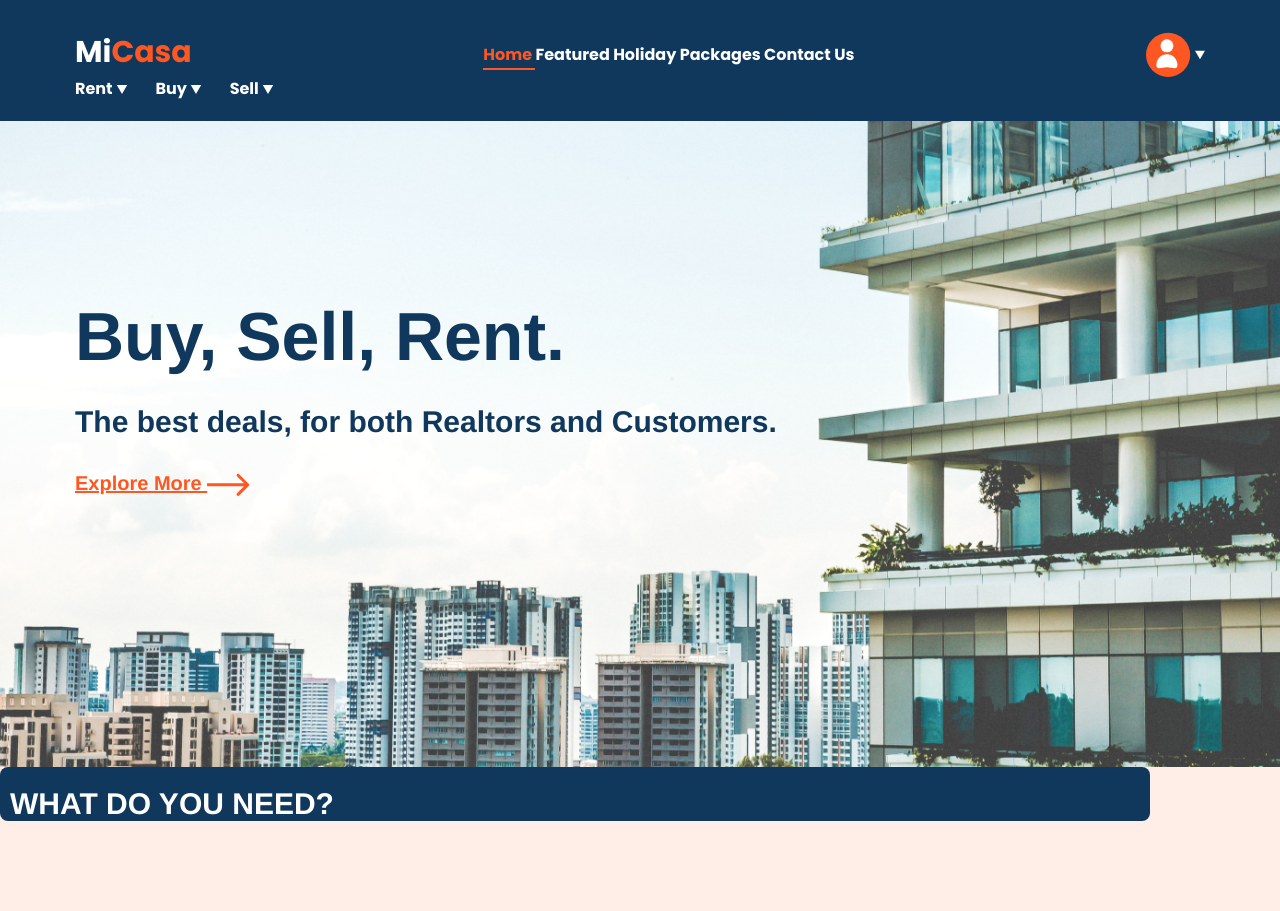
Repository: BenUnyolo/micasa-frontend
Page: index.html
These files come from the project's save history. The page is drawn as it stood at one moment and after the next save; the edit follows.
The browser window is 1280 px wide. The pictures show the whole page.

Above is the page before, as saved 2021-10-15 20:54:34.

### index.html
<!DOCTYPE html>
<html lang="en">
  <head>
    <meta charset="UTF-8" />
    <meta http-equiv="X-UA-Compatible" content="IE=edge" />
    <meta name="viewport" content="width=device-width, initial-scale=1.0" />
    <title>Document</title>
    <link rel="stylesheet" href="tailwind.css" />
  </head>
  <body>
    <!-- HEADER -->
    <header class="pt-8 pb-5 text-white bg-primary-600">
      <div class="inner-container">
        <!-- top row -->
        <div class="flex flex-row justify-between">
          <a
            href="/"
            class="inline-block text-3xl font-bold leading-10 font-poppins"
          >
            Mi<span class="text-secondary-600">Casa</span>
          </a>
          <nav class="flex items-center inline-block">
            <ul class="font-bold li-inline space-x-14 font-poppins">
              <li
                class="
                  text-secondary-600
                  border-b-2
                  pb-0.5
                  border-secondary-600
                "
              >
                <a href="/">Home</a>
              </li>
              <li><a href="#">Featured</a></li>
              <li><a href="#">Holiday Packages</a></li>
              <li><a href="#">Contact Us</a></li>
            </ul>
          </nav>
          <div class="flex flex-row items-center">
            <img src="assets/images/user_avatar.svg" alt="user avatar" />
            <svg
              width="14"
              height="12"
              viewBox="0 0 14 12"
              fill="none"
              xmlns="http://www.w3.org/2000/svg"
              class="pl-1"
            >
              <title>profile dropdown</title>
              <path d="M7 12L0.0717964 0H13.9282L7 12Z" fill="white" />
            </svg>
          </div>
        </div>
        <!-- bottom row -->
        <div>
          <ul class="space-x-6 font-bold li-inline font-poppins">
            <li>
              Rent
              <svg
                width="12"
                height="9"
                viewBox="0 0 12 9"
                fill="none"
                xmlns="http://www.w3.org/2000/svg"
                class="inline-block"
              >
                <path d="M6 9L0.803848 0H11.1962L6 9Z" fill="white" />
              </svg>
            </li>
            <li>
              Buy
              <svg
                width="12"
                height="9"
                viewBox="0 0 12 9"
                fill="none"
                xmlns="http://www.w3.org/2000/svg"
                class="inline-block"
              >
                <path d="M6 9L0.803848 0H11.1962L6 9Z" fill="white" />
              </svg>
            </li>
            <li>
              Sell
              <svg
                width="12"
                height="9"
                viewBox="0 0 12 9"
                fill="none"
                xmlns="http://www.w3.org/2000/svg"
                class="inline-block"
              >
                <path d="M6 9L0.803848 0H11.1962L6 9Z" fill="white" />
              </svg>
            </li>
          </ul>
        </div>
      </div>
    </header>
    <!-- HERO -->
    <div class="hero">
      <div class="flex inner-container">
        <div class="w-6/12">
          <h1 class="text-primary-600">Buy, Sell, Rent.</h1>
          <h2 class="mt-7.5 text-primary-600">
            The best deals, for both Realtors and Customers.
          </h2>
          <a
            href="#"
            class="
              inline-block
              mt-7.5
              text-secondary-600
              font-helvetica font-bold
              text-xl
              underline
            "
            >Explore More
            <svg
              width="43"
              height="23"
              viewBox="0 0 43 23"
              fill="none"
              xmlns="http://www.w3.org/2000/svg"
              class="inline-block"
            >
              <path
                d="M41.6936 12.9142C42.2794 12.3284 42.2794 11.3786 41.6936 10.7929L32.1477 1.24691C31.5619 0.661127 30.6122 0.661127 30.0264 1.24691C29.4406 1.8327 29.4406 2.78245 30.0264 3.36823L38.5117 11.8535L30.0264 20.3388C29.4406 20.9246 29.4406 21.8743 30.0264 22.4601C30.6122 23.0459 31.5619 23.0459 32.1477 22.4601L41.6936 12.9142ZM0.0714722 13.3535H40.633V10.3535H0.0714722V13.3535Z"
                fill="#FF5722"
              />
            </svg>
          </a>
        </div>
      </div>
    </div>
    <!-- SEARCH -->
    <div class="relative">
      <div
        class="absolute w-full pt-5 text-white rounded-lg  px-28 bg-primary-600 absolute-center inner-container -top-32"
      >
        <h2 class="uppercase">What do you need?</h2>
      </div>
      <div class="bg-secondary-600 bg-opacity-10 pt-28">
        <div class="inner-container">
          something
          <br />
          <br />
          <br />
          <br />
          <br />
          <br />
        </div>
      </div>
    </div>
  </body>
</html>

Loaded but not shown: tailwind.css (library)

After the next save:
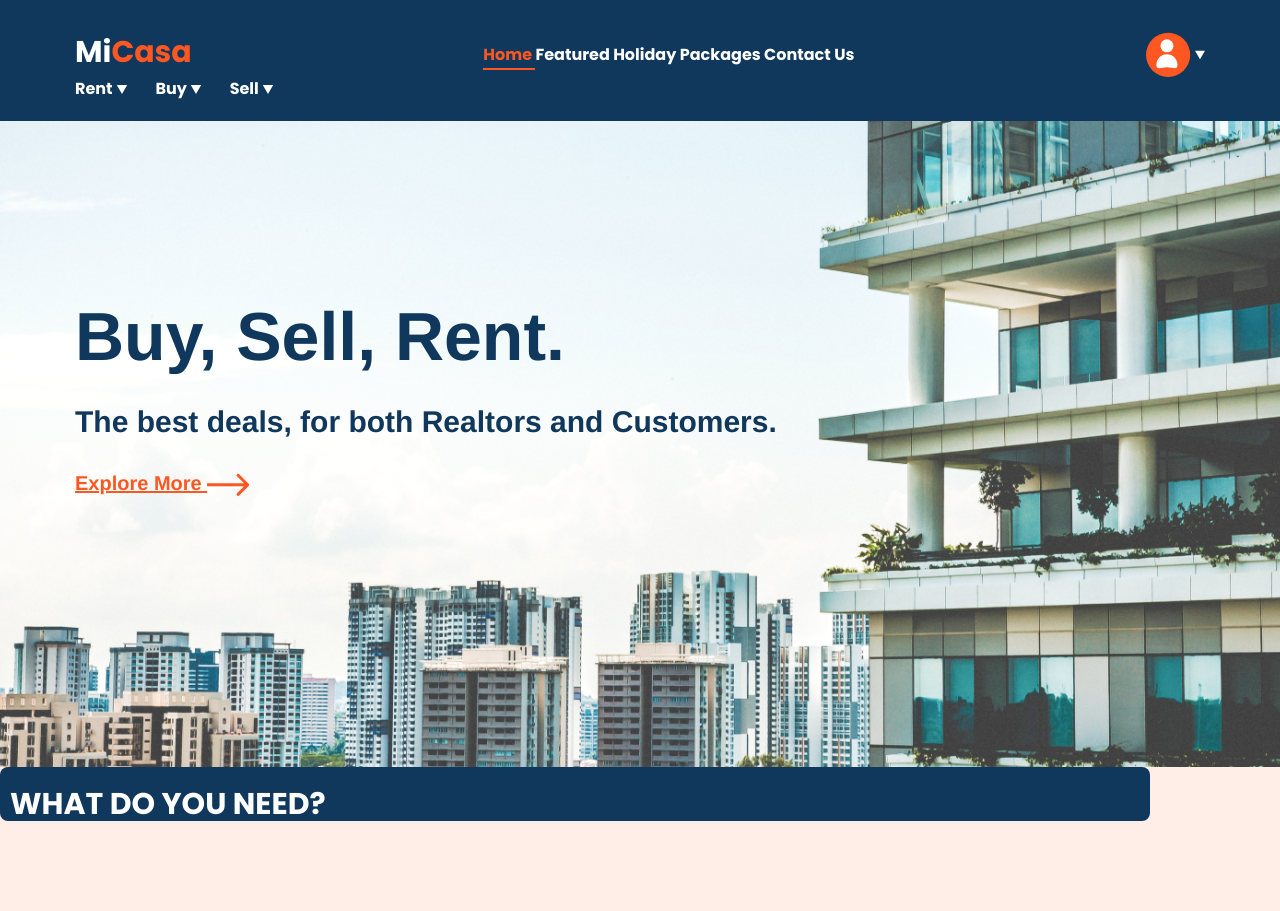
Saved 19 s later.
--- a/index.html
+++ b/index.html
@@ -138,7 +138,7 @@
       <div
         class="absolute w-full pt-5 text-white rounded-lg  px-28 bg-primary-600 absolute-center inner-container -top-32"
       >
-        <h2 class="uppercase">What do you need?</h2>
+        <h2 class="uppercase font-poppins">What do you need?</h2>
       </div>
       <div class="bg-secondary-600 bg-opacity-10 pt-28">
         <div class="inner-container">
